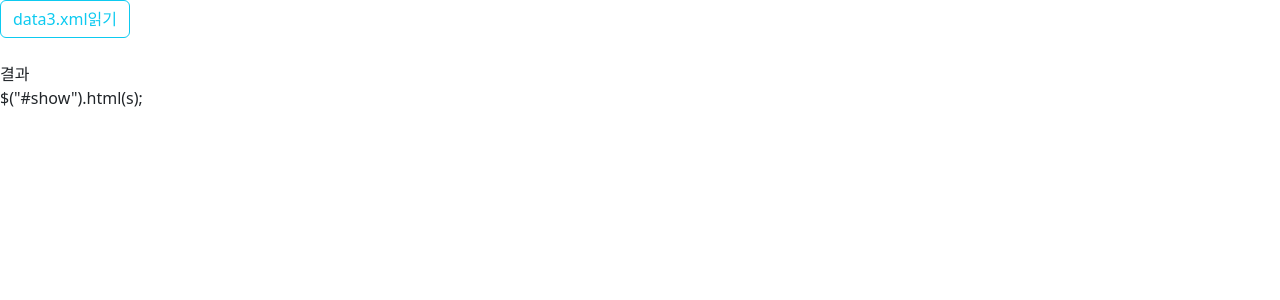
Repository: GANADAG/jspProject
Page: JspProject/src/main/webapp/ajax0304/readData3.html
These files come from the project's save history. The page is drawn as it stood at one moment and after the next save; the edit follows.
The browser window is 1280 px wide. The pictures show the whole page.
Some web fonts or font styles are not loaded; a fallback is used.

Above is the page before, as saved 2024-03-04 05:27:03.
Console error: SyntaxError: Unexpected end of input

After the next save:
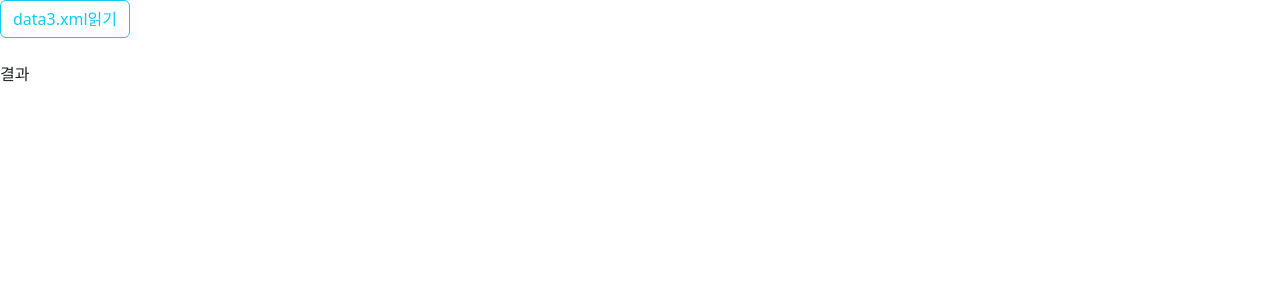
Saved 39 s later.
--- a/JspProject/src/main/webapp/ajax0304/readData3.html
+++ b/JspProject/src/main/webapp/ajax0304/readData3.html
@@ -14,7 +14,7 @@
 	<br><br>
 	<div id="result">결과</div>
 
-	$("#show").html(s);
+
 
 	<script type="text/javascript">
 	$(function(){

After the save that followed:
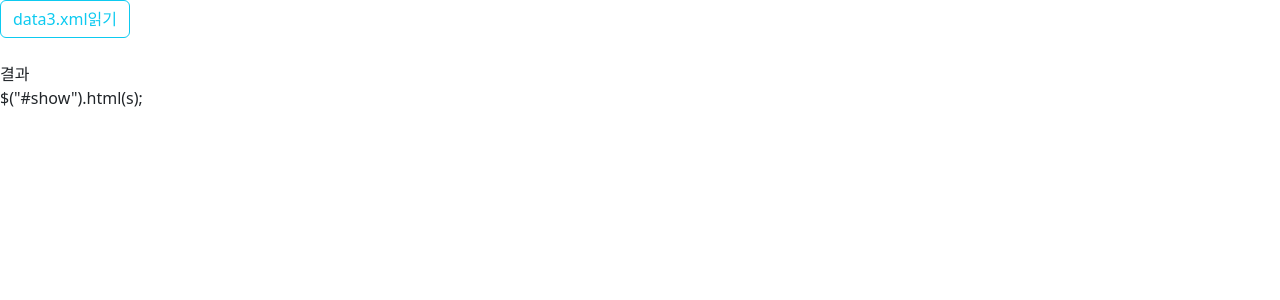
Saved 16 s later.
--- a/JspProject/src/main/webapp/ajax0304/readData3.html
+++ b/JspProject/src/main/webapp/ajax0304/readData3.html
@@ -13,8 +13,7 @@
 	id="btn1">data3.xml읽기</button>
 	<br><br>
 	<div id="result">결과</div>
-
-
+	$("#show").html(s);
 
 	<script type="text/javascript">
 	$(function(){
